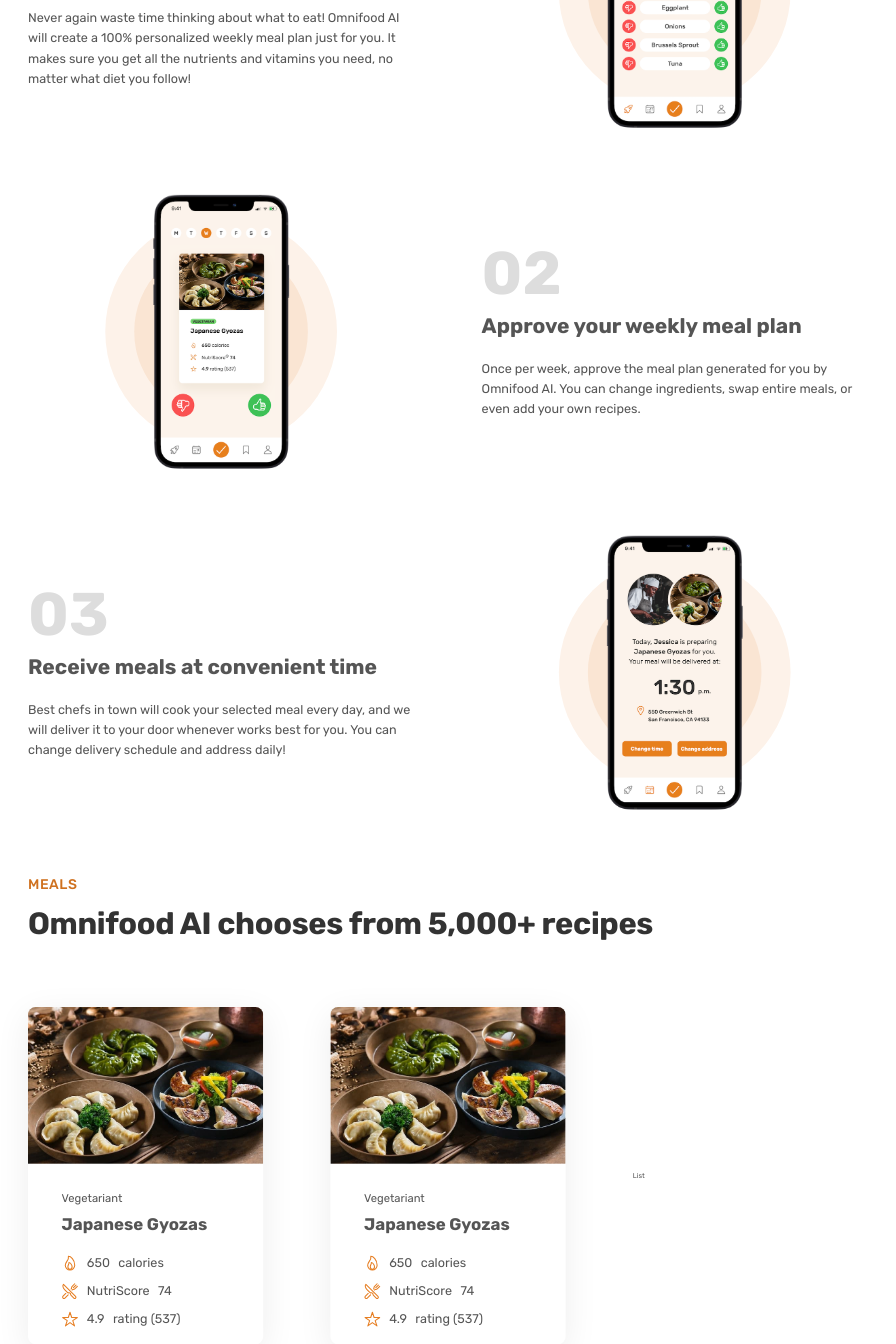
Repository: WefsCao/Omnifood
Page: index.html
An editor plug-in stored every save of this project. The page is shown before and after the next save, followed by the edit.
The browser window is 1280 px wide. The pictures show the part of the page from y = 1309 to 3229 px (the page is 3229 px tall), at 70% of full size.

Above is the page before, as saved 2022-06-05 15:13:34.

### index.html
<!DOCTYPE html>
<html lang="en">
  <head>
    <meta charset="UTF-8" />
    <meta http-equiv="X-UA-Compatible" content="IE=edge" />
    <meta name="viewport" content="width=device-width, initial-scale=1.0" />

    <link rel="preconnect" href="https://fonts.googleapis.com" />
    <link rel="preconnect" href="https://fonts.gstatic.com" crossorigin />
    <link
      href="https://fonts.googleapis.com/css2?family=Rubik:wght@400;500;600;700&display=swap"
      rel="stylesheet"
    />
    <link rel="stylesheet" href="./css/general.css" />
    <link rel="stylesheet" href="./css/style.css" />
    <title>Omnifood</title>
  </head>
  <body>
    <header class="header">
      <img class="logo" src="img/omnifood-logo.png" alt="heder of logo" />

      <nav class="nav-main">
        <ul class="nav-main-list">
          <li><a href="#" class="nav-main-link">How it works</a></li>
          <li><a href="#" class="nav-main-link">Meals</a></li>
          <li><a href="#" class="nav-main-link">Testimonial</a></li>
          <li><a href="#" class="nav-main-link">Pricing</a></li>
          <li><a href="#" class="nav-main-link nav-cta">Try for free</a></li>
        </ul>
      </nav>
    </header>
    <main>
      <section class="section-hero">
        <div class="hero">
          <div class="hero-text-box">
            <h1 class="heading-primary">
              A healthy meal delivered to your door, every single day
            </h1>
            <p class="hero-description">
              The smart 365-days-per-year food subscription that will make you
              eat healthy again. Tailored to your personal tastes and
              nutritional needs.
            </p>
            <a href="#" class="btn btn--full margin-right-sm"
              >Start eating well</a
            >
            <a href="#" class="btn btn--outline">Learn more &darr;</a>
            <div class="delivered-meals">
              <div class="delivered-imgs">
                <img src="img/customers/customer-1.jpg" />
                <img src="img/customers/customer-2.jpg" />
                <img src="img/customers/customer-3.jpg" />
                <img src="img/customers/customer-4.jpg" />
                <img src="img/customers/customer-5.jpg" />
                <img src="img/customers/customer-6.jpg" />
              </div>
              <div class="delivered-text">
                <span>250,000+ </span>meals last year!
              </div>
            </div>
          </div>
          <div class="hero-img-box">
            <img src="img/hero.png" alt="Hero of image" class="hero-img" />
          </div>
        </div>
      </section>
      <section class="section-how">
        <div class="step-title container">
          <span class="subtitle">How it works</span>
          <h2 class="heading-secondary">
            Your daily dose of health in 3 simple steps
          </h2>
        </div>

        <!-- STEP 01 -->
        <div class="step-content container grid grid--2-cols">
          <div class="step-text-box">
            <div class="step-number">01</div>
            <h3 class="heading-tertiary">
              Tell us what you like (and what not)
            </h3>
            <p class="step-text">
              Never again waste time thinking about what to eat! Omnifood AI
              will create a 100% personalized weekly meal plan just for you. It
              makes sure you get all the nutrients and vitamins you need, no
              matter what diet you follow!
            </p>
          </div>
          <div class="step-img-box">
            <img
              class="step-img"
              src="img/app/app-screen-1.png"
              alt="app screen 1"
            />
          </div>
        </div>
        <!-- STEP 02 -->
        <div class="step-content container grid grid--2-cols">
          <div class="step-img-box">
            <img
              class="step-img"
              src="img/app/app-screen-2.png"
              alt="app screen 2"
            />
          </div>
          <div class="step-text-box">
            <div class="step-number">02</div>
            <h3 class="heading-tertiary">Approve your weekly meal plan</h3>
            <p class="step-text">
              Once per week, approve the meal plan generated for you by Omnifood
              AI. You can change ingredients, swap entire meals, or even add
              your own recipes.
            </p>
          </div>
        </div>

        <!-- STEP 03 -->
        <div class="step-content container grid grid--2-cols">
          <div class="step-text-box">
            <div class="step-number">03</div>
            <h3 class="heading-tertiary">Receive meals at convenient time</h3>
            <p class="step-text">
              Best chefs in town will cook your selected meal every day, and we
              will deliver it to your door whenever works best for you. You can
              change delivery schedule and address daily!
            </p>
          </div>
          <div class="step-img-box">
            <img
              class="step-img"
              src="img/app/app-screen-3.png"
              alt="app screen 3"
            />
          </div>
        </div>
      </section>
      <section class="section-meals">
        <div class="container">
          <span class="subtitle">Meals</span>
          <h2 class="heading-secondary">
            Omnifood AI chooses from 5,000+ recipes
          </h2>
        </div>
        <div class="meals container grid grid--3-cols">
          <div class="meal">
            <img
              class="meal-img"
              src="img/meals/meal-1.jpg"
              alt="Japanese Gyozas"
            />
            <div class="meal-content">
              <span class="meal-tag">Vegetariant</span>
              <h3 class="meal-title">Japanese Gyozas</h3>
              <ul class="meal-attributes">
                <li class="meal-attribute">
                  <ion-icon class="meal-icon" name="flame-outline"></ion-icon>
                  <span>650</span> calories
                </li>

                <li class="meal-attribute">
                  <ion-icon
                    class="meal-icon"
                    name="restaurant-outline"
                  ></ion-icon>
                  NutriScore <span>74</span>
                </li>
                <li class="meal-attribute">
                  <ion-icon class="meal-icon" name="star-outline"></ion-icon>
                  <span>4.9</span> rating (537)
                </li>
              </ul>
            </div>
          </div>
          <div class="meal">
            <img
              class="meal-img"
              src="img/meals/meal-1.jpg"
              alt="Japanese Gyozas"
            />
            <div class="meal-content">
              <span class="meal-tag">Vegetariant</span>
              <h3 class="meal-title">Japanese Gyozas</h3>
              <ul class="meal-attributes">
                <li class="meal-attribute">
                  <ion-icon class="meal-icon" name="flame-outline"></ion-icon>
                  <span>650</span> calories
                </li>

                <li class="meal-attribute">
                  <ion-icon
                    class="meal-icon"
                    name="restaurant-outline"
                  ></ion-icon>
                  NutriScore <span>74</span>
                </li>
                <li class="meal-attribute">
                  <ion-icon class="meal-icon" name="star-outline"></ion-icon>
                  <span>4.9</span> rating (537)
                </li>
              </ul>
            </div>
          </div>
          <div class="list">List</div>
        </div>
      </section>
    </main>
    <script
      type="module"
      src="https://unpkg.com/ionicons@5.5.2/dist/ionicons/ionicons.esm.js"
    ></script>
    <script
      nomodule
      src="https://unpkg.com/ionicons@5.5.2/dist/ionicons/ionicons.js"
    ></script>
  </body>
</html>

### css/general.css
/*
--- 01 TYPOGRAPHY
- Font size system (px)
    10 / 12 / 14 / 16 / 18 / 20 / 24 / 30 / 36 / 44 / 52 / 62 / 74 / 86 / 98

- Font weights:
Default: 400

- Line heights:
Default: 1
Small: 1.05


--- 02 COLOR

- Primary: #e67e22
- Tints: #fdf2e9
- Shades: #cf711f
- Accents:
- Grey:
 #555
 #333

 --- 05 SHADOW

 --- 06 BORDER RADIUS
 - Default: 9px

 --- 07 WHITE SPACES
 - Spacing system (px)
 2 / 4 / 8 / 12 / 16 / 24 / 32 / 48 / 64 / 80 / 96 / 128
*/
html {
  font-size: 62.5%;
}
* {
  margin: 0;
  padding: 0;
  box-sizing: border-box;
}
body {
  font-family: "Rubik", sans-serif;
  color: #555;
  font-weight: 400;
  line-height: 1;
}

/****************************************/
/* GENERAL REUSE COMPONENTS */
/****************************************/
.heading-primary,
.heading-secondary {
  line-height: 1.05;
  color: #333;
  font-weight: 700;
  letter-spacing: -0.5px;
  margin-bottom: 3.2rem;
}
.heading-primary {
  font-size: 5.2rem;
}

.btn--full:link,
.btn--full:visited {
  background-color: #e67e22;
  color: #fff;
}
.btn--full:hover,
.btn--full:active {
  background-color: #cf711f;
}

.grid {
  display: grid;
  align-items: center;
  /* column-gap: 6.4rem;
  row-gap: 9.6rem; */
  gap: 9.6rem;
}
.grid--2-cols {
  grid-template-columns: repeat(2, 1fr);
}
.grid--3-cols {
  grid-template-columns: repeat(3, 1fr);
}
.container {
  max-width: 120rem;
  margin: 0 auto;
}

/*************************************/
/* HELPER CLASSES */
/*************************************/

.margin-right-sm {
  margin-right: 1.6rem;
}
.heading-tertiary {
  font-size: 3rem;
  font-weight: 700;
  margin: 1.6rem 0;
}

### css/style.css
/****************************************/
/* HEADER */
/****************************************/
.header {
  display: flex;
  align-items: center;
  justify-content: space-between;
  height: 9.6rem;
  padding: 0 4.8rem;
  background-color: #fdf2e9;
}
.logo {
  height: 2.2rem;
}

/****************************************/
/* NAVIGATION */
/****************************************/

.nav-main-list {
  display: flex;
  align-items: center;
  gap: 3.2rem;
  list-style: none;
}
.nav-main-link:link,
.nav-main-link:visited {
  color: #333;
  font-size: 1.8rem;
  font-weight: 600;
  text-decoration: none;
  transition: all 0.3s;
}
.nav-main-link:hover,
.nav-main-link:active {
  color: #e67e22;
}

.nav-main-link.nav-cta:link,
.nav-main-link.nav-cta:visited {
  padding: 1.2rem 2.4rem;
  background-color: #e67e22;
  border-radius: 9px;
  color: #fff;
}
.nav-main-link.nav-cta:hover,
.nav-main-link.nav-cta:active {
  background-color: #cf711f;
}

/****************************************/
/* HERO */
/****************************************/
.section-hero {
  background-color: #fdf2e9;
  padding: 4.8rem 0 9.6rem 0;
}

.hero {
  display: grid;
  grid-template-columns: 1fr 1fr;
  gap: 4.8rem;
  align-items: center;
  max-width: 130rem;
  padding: 0 3.2rem;
  margin: 0 auto;
}

.hero-description {
  font-size: 2rem;
  line-height: 1.6;
  margin-bottom: 4.8rem;
}
.btn:link,
.btn:visited {
  outline: none;
  display: inline-block;
  padding: 1.6rem 3.2rem;
  font-size: 1.8rem;
  font-weight: 700;
  border-radius: 9px;
  text-decoration: none;
  transition: all 0.3s;
}

.btn--outline:link,
.btn--outline:visited {
  background-color: #fff;
  color: #555;
}
.btn--outline:hover,
.btn--outline:active {
  background-color: #fdf2e9;
  box-shadow: inset 0 0 0 3px #fff;
}

.delivered-meals {
  display: flex;
  align-items: center;
  gap: 1.6rem;
  margin-top: 8rem;
}
.delivered-imgs {
  display: flex;
}
.delivered-imgs img {
  width: 4.8rem;
  height: 4.8rem;
  border-radius: 50%;
  border: 3px solid #fdf2e9;
  margin-right: -1.6rem;
}
.delivered-imgs img:last-child {
  margin: 0;
}
.delivered-text {
  font-size: 2rem;
}
.delivered-text span {
  font-weight: 700;
  color: #cf711f;
}
.hero-img {
  width: 100%;
}

/****************************************/
/* HOW IT WORKS SECTION  */
/****************************************/

.step-title {
  margin-top: 9.6rem;
}
.step-content {
  margin-top: 9.6rem;
}
.subtitle {
  letter-spacing: 0.75px;
  text-transform: uppercase;
  color: #cf711f;
  font-weight: 500;
  font-size: 2rem;
}
.heading-secondary {
  font-size: 4.4rem;
  margin-top: 2.4rem;
}
.step-number {
  font-size: 8.6rem;
  font-weight: 700;
  color: #ddd;
}

.step-img-box {
  position: relative;
  display: flex;
  align-items: center;
  justify-content: center;
}
.step-img-box::before,
.step-img-box::after {
  content: "";
  display: block;
  position: absolute;
  border-radius: 50%;
  top: 50%;
  left: 50%;
  transform: translate(-50%, -50%);
}
.step-img-box::before {
  width: 60%;
  padding-bottom: 60%;
  background-color: #fdf2e9;
  z-index: -2;
}
.step-img-box::after {
  width: 45%;
  padding-bottom: 45%;
  background-color: #fae5d3;
  z-index: -1;
}
.step-text {
  margin-top: 3.2rem;
  font-size: 1.8rem;
  line-height: 1.6;
}
.step-img {
  width: 35%;
}

/****************************************/
/* MEALS SECTION  */
/****************************************/
.meals,
.section-meals {
  margin-top: 9.6rem;
}
.meal {
  box-shadow: 0 1.2rem 4.8rem rgba(0, 0, 0, 0.075);
  border-radius: 11px;
  overflow: hidden;
}
.meal-img {
  width: 100%;
}
.meal-content {
  padding: 2.4rem 4.8rem;
}
.meal-tag {
  display: inline-block;
  font-size: 1.6rem;
  margin-top: 1.6rem;
}
.meal-title {
  font-size: 2.4rem;
  font-weight: 700;
  margin: 1.6rem 0 3.2rem 0;
}
.meal-attributes {
  list-style: none;
  display: flex;

  flex-direction: column;
  gap: 1.6rem;
}
.meal-attribute {
  font-size: 1.8rem;
  display: flex;
  align-items: center;
  gap: 1.2rem;
}
.meal-icon {
  width: 2.4rem;
  height: 2.4rem;
  color: #e67e22;
}

After the next save:
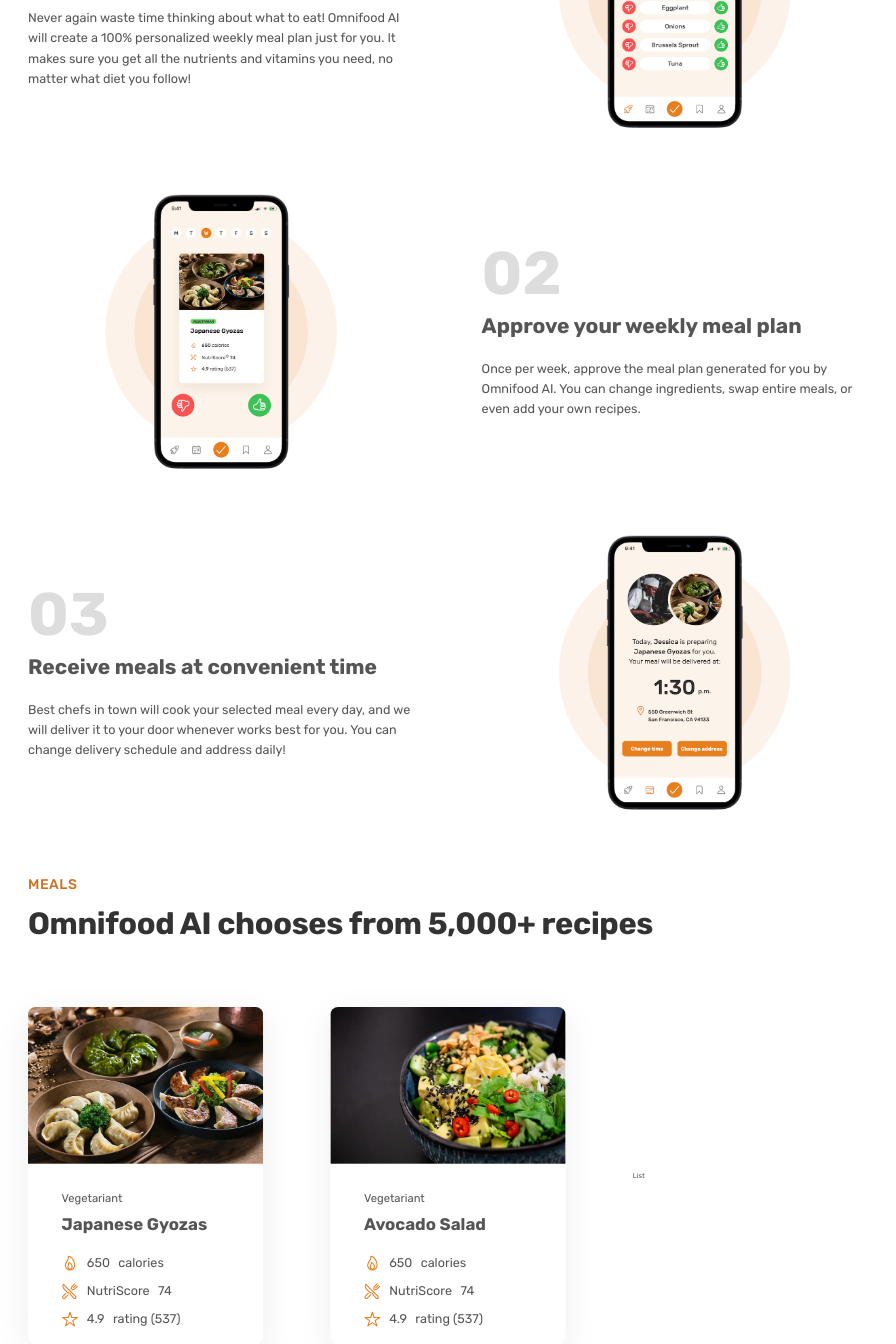
Saved 33 s later.
--- a/index.html
+++ b/index.html
@@ -174,12 +174,12 @@
           <div class="meal">
             <img
               class="meal-img"
-              src="img/meals/meal-1.jpg"
-              alt="Japanese Gyozas"
+              src="img/meals/meal-2.jpg"
+              alt="Avocado Salad"
             />
             <div class="meal-content">
               <span class="meal-tag">Vegetariant</span>
-              <h3 class="meal-title">Japanese Gyozas</h3>
+              <h3 class="meal-title">Avocado Salad</h3>
               <ul class="meal-attributes">
                 <li class="meal-attribute">
                   <ion-icon class="meal-icon" name="flame-outline"></ion-icon>
